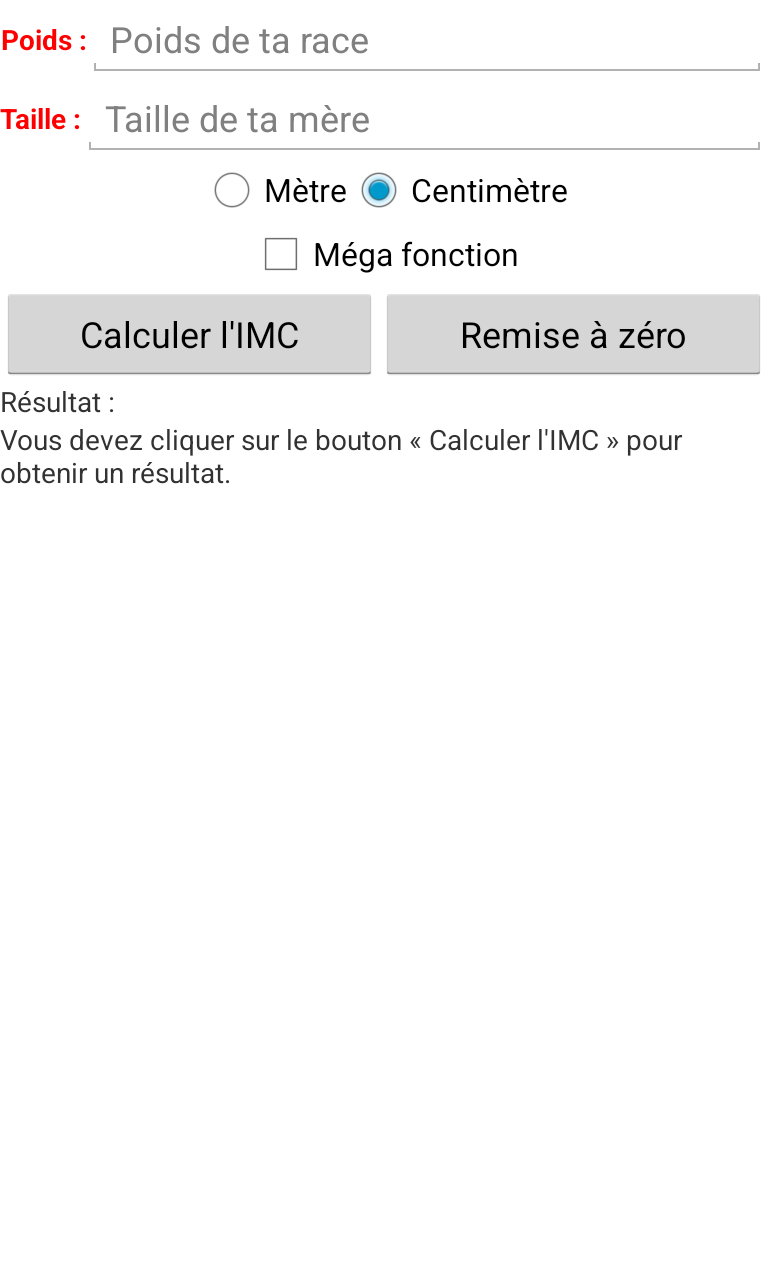
Repository: BlackyFox/PST4-NFC
Layout: Antoine/App_test/res/layout/activity_main.xml
An editor plug-in stored every save of this project. The layout is shown before and after the next save, followed by the edit.
It is drawn on a 768 x 1280 px phone screen (xhdpi) without system bars, with theme AppTheme; the app's code is not run.

Above is the layout before, as saved 2014-11-03 16:45:50.

### Antoine/App_test/res/layout/activity_main.xml
<?xml version="1.0" encoding="utf-8"?>
<LinearLayout xmlns:android="http://schemas.android.com/apk/res/android"
  android:layout_width="fill_parent"
  android:layout_height="fill_parent"
  android:orientation="vertical">
  <LinearLayout
      android:layout_width="fill_parent"
      android:layout_height="wrap_content"
      android:orientation="horizontal">

      <TextView
          android:layout_width="wrap_content"
          android:layout_height="fill_parent"
          android:text="@string/poids"
          android:textStyle="bold"
          android:textColor="#FF0000"
          android:gravity="center"/>
      <EditText
          android:id="@+id/poids"
          android:layout_width="fill_parent"
          android:layout_height="wrap_content"
          android:hint="@string/hint_poids"
          android:inputType="numberDecimal"/>
  </LinearLayout>

    <LinearLayout
      android:layout_width="fill_parent"
      android:layout_height="wrap_content"
      android:orientation="horizontal">

        <TextView
          android:layout_width="wrap_content"
          android:layout_height="fill_parent"
          android:text="@string/taille"
          android:textStyle="bold"
          android:textColor="#FF0000"
          android:gravity="center"/>
        <EditText
          android:id="@+id/taille"
          android:layout_width="fill_parent"
          android:layout_height="wrap_content"
          android:hint="@string/hint_taille"
          android:inputType="numberDecimal"/>
    </LinearLayout>
<RelativeLayout
  android:layout_width="wrap_content"
  android:layout_height="wrap_content"
  android:layout_gravity="center">

  <RadioGroup
    android:id="@+id/group"
    android:layout_width="wrap_content"
    android:layout_height="wrap_content"
    android:checkedButton="@+id/radio2"
    android:orientation="horizontal">
    <RadioButton
      android:id="@+id/radio1"
      android:layout_width="wrap_content"
      android:layout_height="wrap_content"
      android:text="@string/m"
    />
    <RadioButton
      android:id="@+id/radio2"
      android:layout_width="wrap_content"
      android:layout_height="wrap_content"
      android:text="@string/cm"
    />
  </RadioGroup>
    </RelativeLayout>
    <RelativeLayout
  android:layout_width="wrap_content"
  android:layout_height="wrap_content"
  android:layout_gravity="center">
  <CheckBox
    android:id="@+id/mega"
    android:layout_width="wrap_content"
    android:layout_height="wrap_content"
    android:text="@string/mega"
  />
    </RelativeLayout>
  <LinearLayout
      android:layout_width="fill_parent"
      android:layout_height="wrap_content"
      android:orientation="horizontal">

      <Button
          android:id="@+id/calcul"
          android:layout_width="wrap_content"
          android:layout_height="wrap_content"
          android:text="@string/calcul"
          android:layout_weight="1"
          /><!--
          android:background="?android:attr/selectableItemBackground"
          bug 1 fois sur 2 -->
      <Button
          android:id="@+id/raz"
          android:layout_width="wrap_content"
          android:layout_height="wrap_content"
          android:text="@string/raz"
          android:layout_weight="1"/><!--

          android:background="@color/Wheat"
          android:background="?android:attr/selectableItemBackground"
           bug 1 fois sur 2 -->
  </LinearLayout>

  <TextView
    android:layout_width="wrap_content"
    android:layout_height="wrap_content"
    android:text="@string/resultat"
  />
  <TextView
    android:id="@+id/result"
    android:layout_width="fill_parent"
    android:layout_height="fill_parent"
    android:text="@string/result"
  />
</LinearLayout>

### Antoine/App_test/res/values/strings.xml
<?xml version="1.0" encoding="utf-8"?>
<resources>

    <string name="app_name">App_test</string>
    <string name="hello_world">Hello world!</string>
    <string name="action_settings">Settings</string>
    <string name="poids">Poids :</string>
    <string name="hint_poids">Poids de ta race</string>
    <string name="result">Vous devez cliquer sur le bouton « Calculer l\'IMC » pour obtenir un résultat.</string>
    <string name="resultat">Résultat : </string>
    <string name="raz">Remise à zéro</string>
    <string name="calcul">Calculer l\'IMC</string>
    <string name="mega">Méga fonction</string>
    <string name="cm">Centimètre</string>
    <string name="m">Mètre</string>
    <string name="taille">Taille :</string>
    <string name="hint_taille">Taille de ta mère</string>

</resources>

Loaded but not shown: Antoine/App_test/res/values/styles.xml (common file); Antoine/App_test/res/values-v11/styles.xml (common file); Antoine/App_test/res/values-v14/styles.xml (common file); Antoine/App_test/res/values/colors.xml (common file)

After the next save:
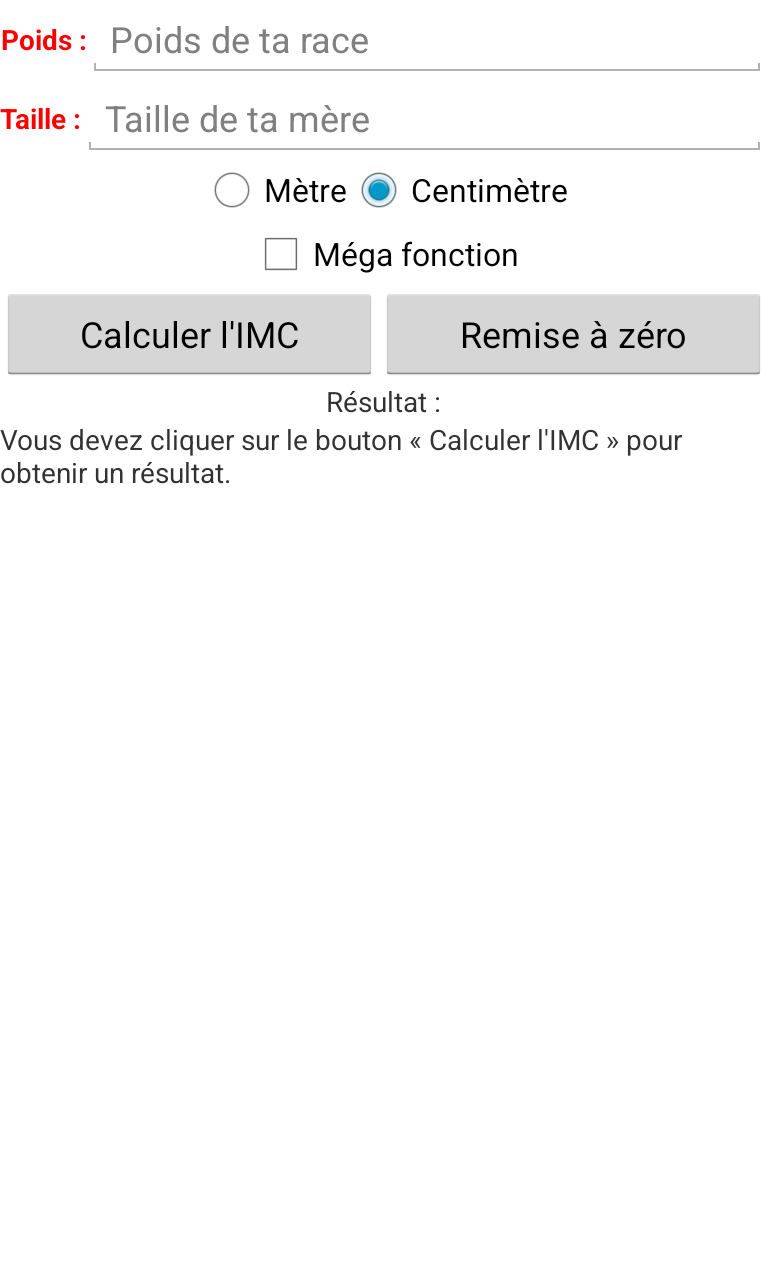
Saved 70 s later.
--- a/Antoine/App_test/res/layout/activity_main.xml
+++ b/Antoine/App_test/res/layout/activity_main.xml
@@ -103,12 +103,16 @@
           android:background="?android:attr/selectableItemBackground"
            bug 1 fois sur 2 -->
   </LinearLayout>
-
+<RelativeLayout
+  android:layout_width="wrap_content"
+  android:layout_height="wrap_content"
+  android:layout_gravity="center">
   <TextView
     android:layout_width="wrap_content"
     android:layout_height="wrap_content"
     android:text="@string/resultat"
   />
+  </RelativeLayout>
   <TextView
     android:id="@+id/result"
     android:layout_width="fill_parent"
